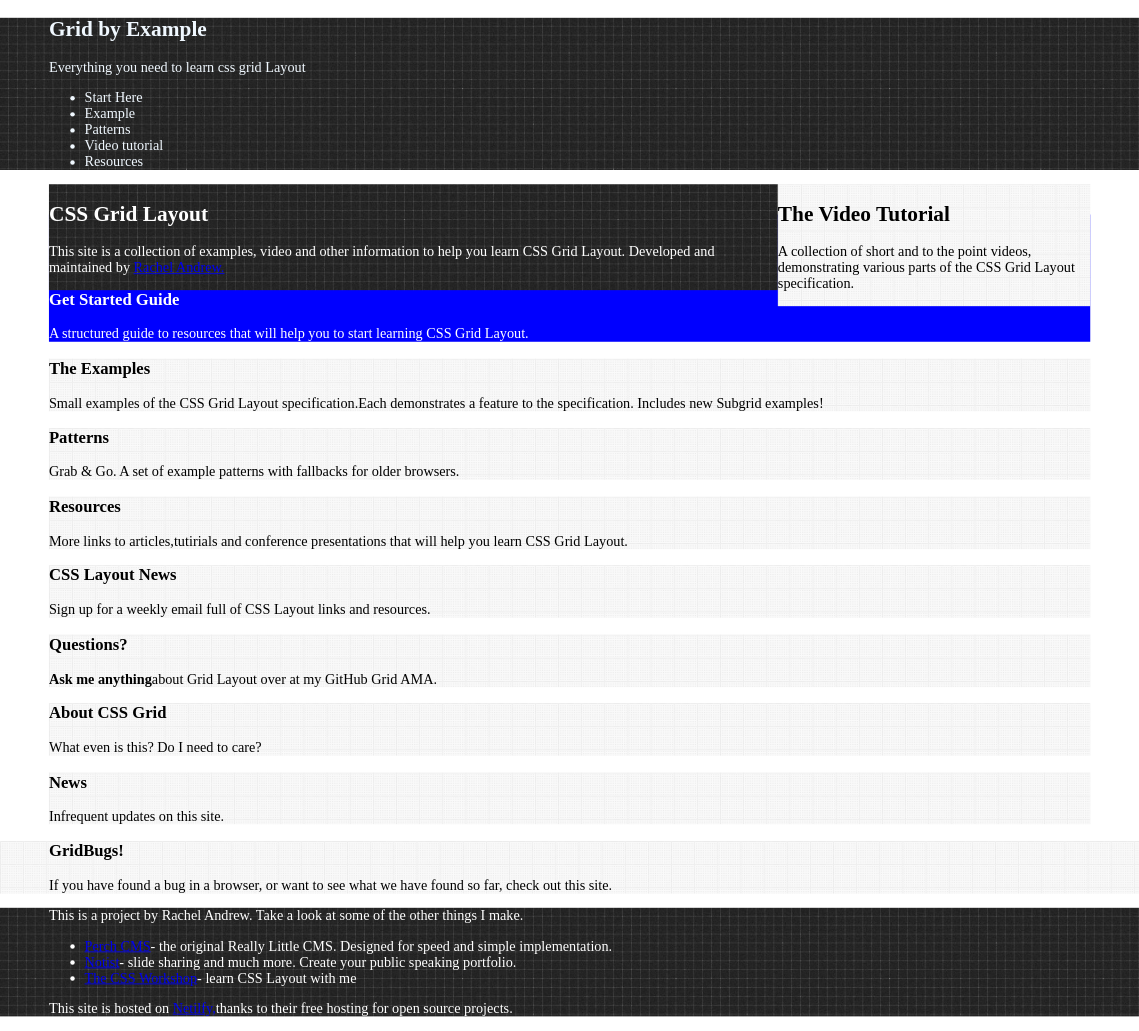
Repository: sitikhusushan/grid
Page: index.html
The author's editor kept a copy of each file at every save. The page is drawn from the files as they stood at one save, then again after the next save.
The browser window is 1280 px wide. The pictures show the whole page, at 89% of full size.

Above is the page before, as saved 2020-05-12 20:21:01.

### index.html
<!DOCTYPE html>
<html lang="en">
  <head>
    <meta charset="UTF-8" />
    <meta name="viewport" content="width=device-width, initial-scale=1.0" />
    <title>Grid View</title>
    <link rel="stylesheet" href="style.css" />
  </head>
  <body>
    <div class="header">
      <div class="container">
        <h2>Grid by Example</h2>
        <p>Everything you need to learn css grid Layout</p>
        <ul>
          <li>Start Here</li>
          <li>Example</li>
          <li>Patterns</li>
          <li>Video tutorial</li>
          <li>Resources</li>
        </ul>
      </div>
    </div>

      <div class="container">
            <div class="layout">
        <div class="left">
          <h2>CSS Grid Layout</h2>
          <p>
            This site is a collection of examples, video and other information
            to help you learn CSS Grid Layout. Developed and maintained by
            <a href="#">Rachel Andrew.</a>
          </p>
        </div>
        <div class="right">
          <h2>The Video Tutorial</h2>
          <p>
            A collection of short and to the point videos, demonstrating various
            parts of the CSS Grid Layout specification.
          </p>
        </div>
      </div>
    </div>
    <div class="guide">
      <div class="container">
        <div class="guides">
        <h3>Get Started Guide</h3>
        <p>
          A structured guide to resources that will help you to start learning
          CSS Grid Layout.
        </p>
      </div>
      </div>
    </div>
    <div class="new">
      <div class="container">
        <div class="left">
          <h3>The Examples</h3>
          <p>
            Small examples of the CSS Grid Layout specification.Each
            demonstrates a feature to the specification. Includes new Subgrid
            examples!
          </p>
        </div>
        <div class="right">
          <h3>Patterns</h3>
          <p>
            Grab & Go. A set of example patterns with fallbacks for older
            browsers.
          </p>
        </div>
      </div>
    </div>
    <div class="resources">
      <div class="container">
        <div class="left">
          <h3>Resources</h3>
          <p>
            More links to articles,tutirials and conference presentations that
            will help you learn CSS Grid Layout.
          </p>
        </div>
        <div class="right">
          <h3>CSS Layout News</h3>
          <p>
            Sign up for a weekly email full of CSS Layout links and resources.
          </p>
        </div>
      </div>
    </div>
    <div class="question">
      <div class="container">
        <div class="left">
          <h3>Questions?</h3>
          <p>
            <b>Ask me anything</b>about Grid Layout over at my GitHub Grid AMA.
          </p>
        </div>
        <div class="middle">
          <h3>About CSS Grid</h3>
          <p>What even is this? Do I need to care?</p>
        </div>
        <div class="right">
          <h3>News</h3>
          <p>Infrequent updates on this site.</p>
        </div>
      </div>
    </div>
    <div class="bugs">
      <div class="container">
        <h3>GridBugs!</h3>
        <p>
          If you have found a bug in a browser, or want to see what we have
          found so far, check out this site.
        </p>
      </div>
    </div>
  <footer>
    <div class="foo">
      <div class="container">
      <p>This is a project by Rachel Andrew. Take a look at some of the other things I make.
        <ul>
          <li><a href="#">Perch CMS</a>- the original Really Little CMS. Designed for speed and simple implementation.</li>
          <li><a href="#">Notist</a>- slide sharing and much more. Create your public speaking portfolio.</li>
          <li><a href="#">The CSS Workshop</a>- learn CSS Layout with me</li>
        </ul>
        This site is hosted on <a href="#">Netilfy,</a>thanks to their free hosting for open source projects.
      </p>
      </div>
    </div>
  </footer>
  </body>
</html>

### style.css
body {
  padding: 0px;
  margin: 0px;
}

.container {
  width: 1170px;
  margin-left: auto;
  margin-right: auto;
  max-width: 100%;
  padding-left: 15px;
  padding-right: 15px;
}

.header {
  background-image: url("image/inflicted.png");
  color: aliceblue;
}

.layout .left {
  background-image: url("image/inflicted.png");
  color: #ffffff;
}

.right {
  background-image: url("image/tiny_grid.png");
}

.guides {
  background-color: blue;
  color: #ffffff;
  margin-top: 50px;
}

.left {
  background-image: url("image/tiny_grid.png");
}

.middle {
  background-image: url("image/tiny_grid.png");
}

.bugs {
  background-image: url("image/tiny_grid.png");
}

footer {
  background-image: url("image/inflicted.png");
  color: #ffffff;
}

.layout .left {
  width: 70%;
  float: left;
  /* border: solid 1px;
  border-color: red; */
}

.layout .right {
  float: right;
  width: 30%;
}

After the next save:
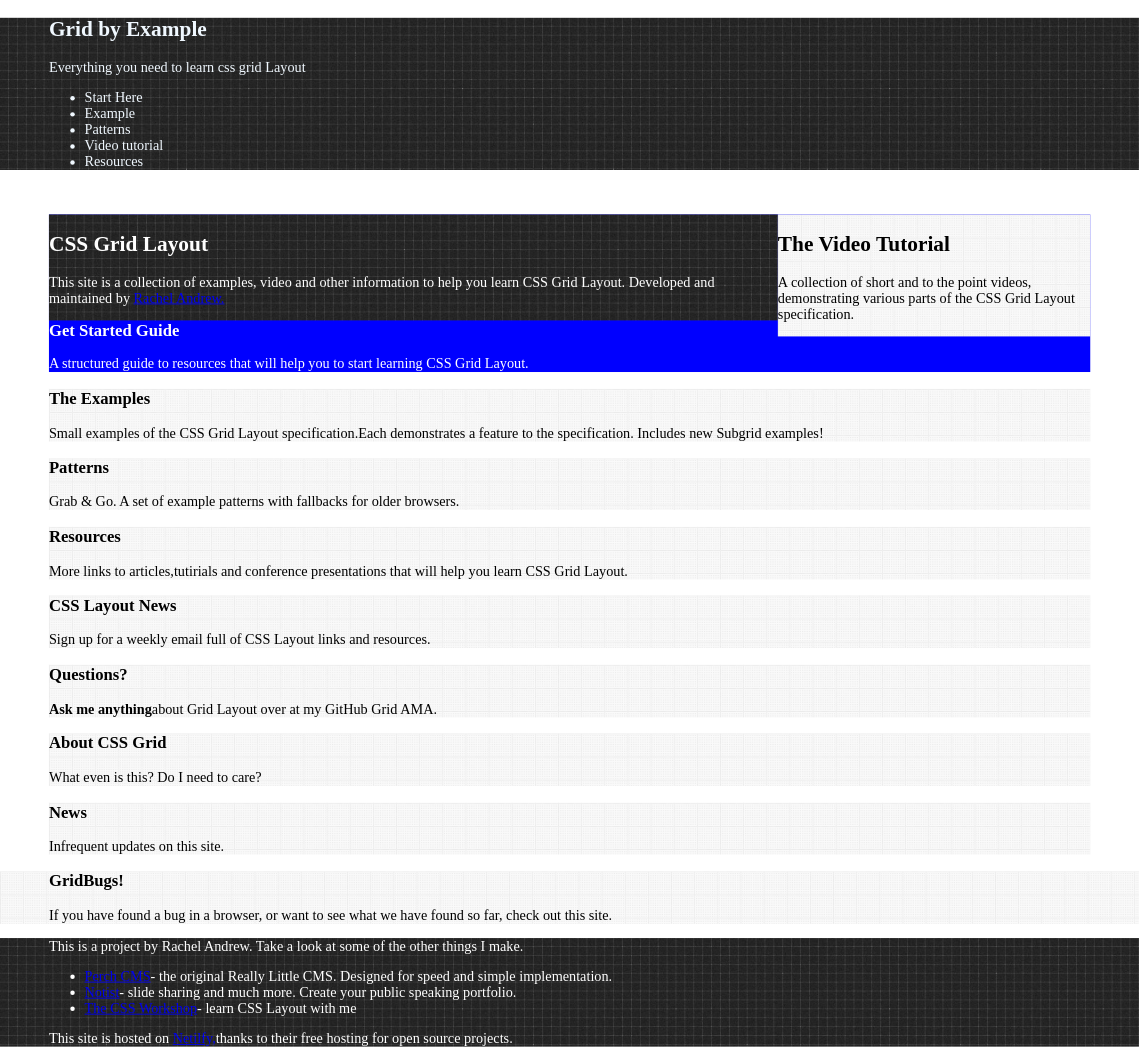
Saved 63 s later.
--- a/style.css
+++ b/style.css
@@ -60,3 +60,7 @@ footer {
   float: right;
   width: 30%;
 }
+
+.layout {
+  margin-bottom: 50px;
+}
